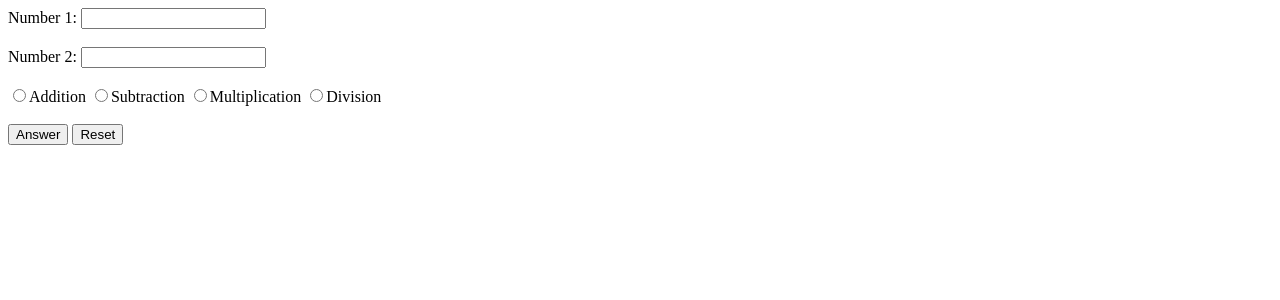
Repository: yogendra-dashore/java-ism
Page: ServletCalcutalor/src/main/webapp/calcy.html
The author's editor kept a copy of each file at every save. The page is drawn from the files as they stood at one save, then again after the next save.
The browser window is 1280 px wide. The pictures show the whole page.

Above is the page before, as saved 2023-03-28 11:53:27.

After the next save:
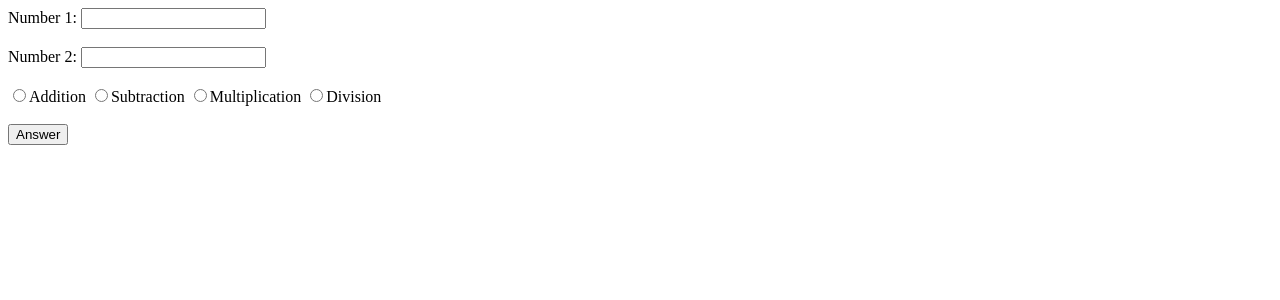
Saved 14 s later.
--- a/ServletCalcutalor/src/main/webapp/calcy.html
+++ b/ServletCalcutalor/src/main/webapp/calcy.html
@@ -22,7 +22,7 @@ Number 2: <input type="text" name="number2"><br><br>
 
 
 <input type="Submit" value="Answer"/>
-<input type= "reset" value="Reset"/>
+
 
 </form>
 
